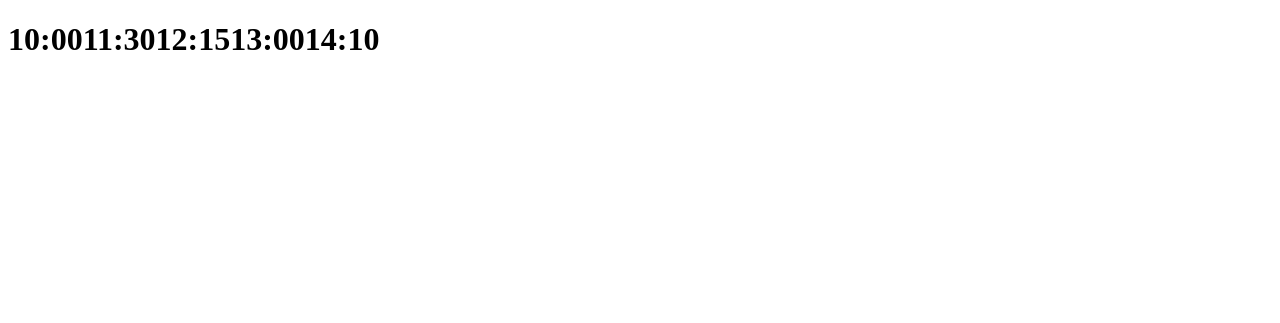
Repository: tsydikov/react_test_task_part2
Page: /
An editor plug-in stored every save of this project. The page is shown before and after the next save, followed by the edit.
The browser window is 1280 px wide. The pictures show the whole page.
The project was rebuilt for these pictures with package versions that can differ from the ones it lists, and the page was loaded fresh each time.

Above is the page before, as saved 2021-09-02 01:38:20.

### public/index.html
<!DOCTYPE html>
<html lang="en">
  <head>
    <meta charset="utf-8" />
    <meta name="viewport" content="width=device-width, initial-scale=1" />
    <meta
      name="description"
      content="Web site created using create-react-app"
    />
    <title>Task part 2</title>
  </head>
  <body>
    <div id="root"></div>

  </body>
</html>

### src/App.js
import React, { useEffect, useState } from 'react'
import GetFetchData from './API/GetFetchData';

function App() {
  const [workingIntervals,setWorkingIntervals] = useState([])
  useEffect(()=>{
    calck()
  },[])
  //   async function getFetchData() {
  //     const data = await GetFetchData.get()
  //     // console.log(data)
  // }
  const data = {
    "start": "10:00",
    "appointments": [
      {
        "start": "10:45",
        "duration": 45
      },
      {
        "start": "13:50",
        "duration": 20
      }
    ],
    "end": "15:00"
  }
  // функция для перевода строчных значений в числовые
  function stringToArray(time) {
    let StringToArray = [
      Number(time.slice(0, time.indexOf(':'))),
      Number(time.slice(time.indexOf(':') + 1, time.length))
    ]
    return StringToArray;
  }
  const calck = () => {
    let workingIntervals = [data.start]
    let appointments = []
    let startWork = stringToArray(data.start)
    let endWork = stringToArray(data.end)
    for (let i = 0; i < data.appointments.length; i++) {
      appointments.push(stringToArray(data.appointments[i].start))
    }
    let numberOfAppointment = 0
     // начинаем перебирать значения времени с шагом 45 минут
    for (let i = startWork[1]; startWork[0] < endWork[0]; i = i + 45) {
      // проверка наличия совещания
      let diference = Math.abs(Math.abs(startWork[0]-appointments[numberOfAppointment][0])* 60 + (appointments[numberOfAppointment][1] - startWork[1]))
      if (diference<= 90) {
        startWork[0]=appointments[numberOfAppointment][0]
        i=appointments[numberOfAppointment][1]
        i=i+data.appointments[numberOfAppointment].duration
        if (numberOfAppointment<(data.appointments.length-1)) {numberOfAppointment=numberOfAppointment+1}
      }
      // перебор масива
      if (i >= 60) {
        i = i - 60
        startWork[0] = startWork[0] + 1
        startWork[1] = i
      } else {
        startWork[1] = i
      }
      if (startWork[0] >= endWork[0] || (((endWork[0] - startWork[0]) === 1 )&& ((60-i)<45))) {
        console.log(workingIntervals)
        return setWorkingIntervals(workingIntervals);
      }
      // наращивание масива результатов
      if (startWork[1] === 0) {
        workingIntervals.push(startWork[0] + ':' + '00')
      } else {
        workingIntervals.push(startWork[0] + ':' + startWork[1])
      }
    }
  }
  return (
    <div className="App">
      <h1>{workingIntervals}</h1>
    </div>
  );
}

export default App;

### src/API/GetFetchData.js
import { URL } from "./config"


export default class GetFetchData {
    static async get() {
        try {
            const response = await fetch(URL, {
                method: 'GET',
                credentials: 'omit',
                headers: {
                    Authorization: 'Bearer token',
                    'Content-Type': 'application/json'
                },
                referrerPolicy: 'no-referrer'
            })
            console.log(response)
            const data = await response.json()

            return data
        } catch (e) {
            console.log(e)
        }
    }
}

### src/API/config.js
export const URL = 'https://www.dropbox.com/s/18qqozhh34rbzxl/doctorsSchedule.json?dl=0'

Loaded but not shown: src/index.js (common file)

After the next save:
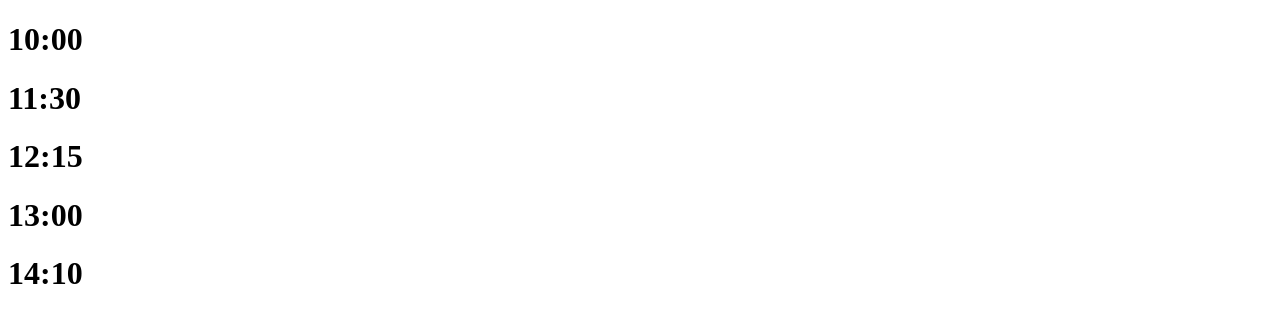
Saved 105 s later.
--- a/src/App.js
+++ b/src/App.js
@@ -73,7 +73,8 @@
   }
   return (
     <div className="App">
-      <h1>{workingIntervals}</h1>
+      {workingIntervals.map(interval =>
+        <h1>{interval}</h1>)}
     </div>
   );
 }

After the save that followed:
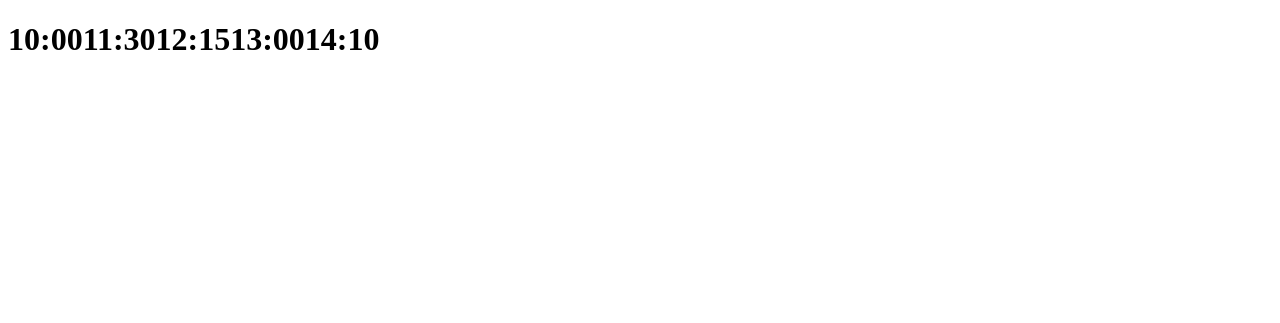
Saved 64 s later.
--- a/src/App.js
+++ b/src/App.js
@@ -73,8 +73,8 @@
   }
   return (
     <div className="App">
-      {workingIntervals.map(interval =>
-        <h1>{interval}</h1>)}
+      <h1>{workingIntervals.map(interval =>
+        interval)}</h1>
     </div>
   );
 }
